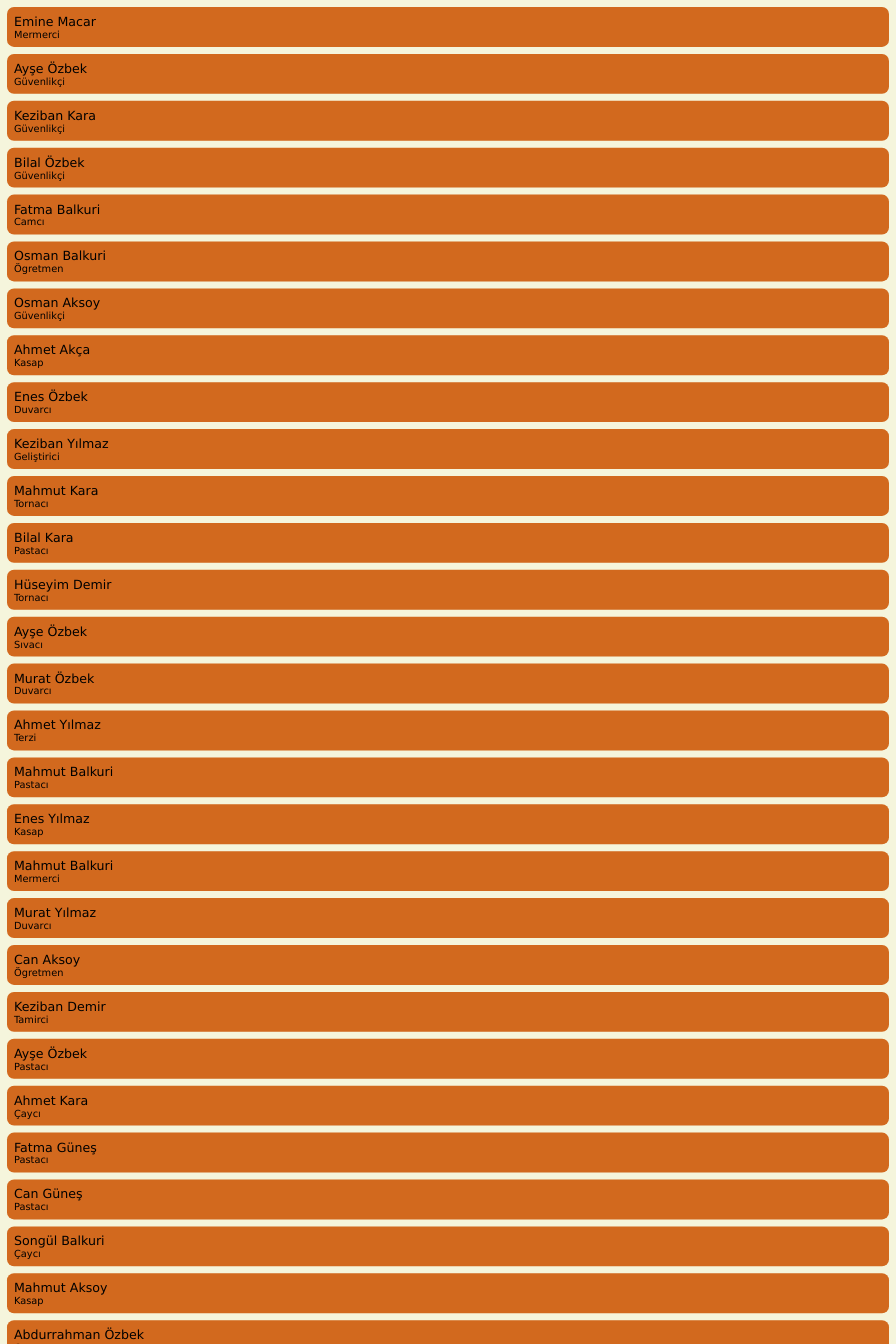
Repository: Sonvatan/S-f-rdan-geli-tirici-olmak-hafta-6
Page: İndex.html
An editor plug-in stored every save of this project. The page is shown before and after the next save, followed by the edit.
The browser window is 1280 px wide. The pictures show the part of the page from y = 0 to 1920 px (the page is 5226 px tall), at 70% of full size.

Above is the page before, as saved 2024-02-01 23:54:24.

### İndex.html
<html>
    <head>
        <title>Week-6</title>
        <style>
            * {
                padding: 0;
                margin: 0;
            }

            html, body, #root {
                background-color: beige;
                height: 100%;
                width: 100%;
            }
            .person {
                background-color: chocolate;
                flex-direction: column;
                border-radius: 10px;
                display: flex;
                padding: 10px;
                margin: 10px;
            }
            .person > .title {
                font-family: Verdana, Geneva, Tahoma, sans-serif;
                font-size: 18px;
            }

            .person > .job {
                font-family: Verdana, Geneva, Tahoma, sans-serif;
                font-size: 14px;

            }
        </style>
    </head>
    <body>
        <div id = "root"></div>

       <script>
            const names = [
                "Ahmet",
                "Mehmet",
                "Murat",
                "Ayşe",
                "Fatma",
                "Keziban",
                "Songül",
                "Emine",
                "Musab",
                "Abdurrahman",
                "Can",
                "Mahmut",
                "Bilal",
                "Büşra",
                "Hüseyim",
                "Osman",
                "Enes",
            ];

            const surnames = [
                "Balkuri",
                "Kara",
                "Güneş",
                "Özbek",
                "Yılmaz",
                "Macar",
                "Yılmaz",
                "Akça",
                "Demir",
                "Aksoy",

            ];

            const jobs = [
                "Tamirci",
                "Tornacı",
                "Çaycı",
                "Polis",
                "Ögretmen",
                "Camcı",
                "Güvenlikçi",
                "Pastacı",
                "Geliştirici",
                "Sıvacı",
                "Duvarcı",
                "Terzi",
                "Mermerci",
                "Kasap",

           ];



            const randomName = () => {
                return names[Math.floor(Math.random() * names.length)];

            };

            const randomSurname = () => {
                return surnames[Math.floor(Math.random() * surnames.length)];

            };

            const randomFullName = () => {
                const name = randomName();
                const surname = randomSurname();

                return ` ${name} ${surname}`;

            };
            const randomJob = () => {
                return jobs[Math.floor(Math.random() * jobs.length)];
            };

             let data = [];
            for(let i = 0; i < 78; i++) {
                data.push({
                    title:randomFullName(),
                    job: randomJob(),
                    id: i
                });
            }
            const containerDiv = document.getElementById("root");
            data.forEach((item,index) => {
                containerDiv.innerHTML += `<div id="${item.id}" class="person person-${index}">
                    <span class="title">${item.title}</span>
                    <span class= "job">${item.job}</span>

                </div>`;

            });

       </script>
    </body>
</html>

After the next save:
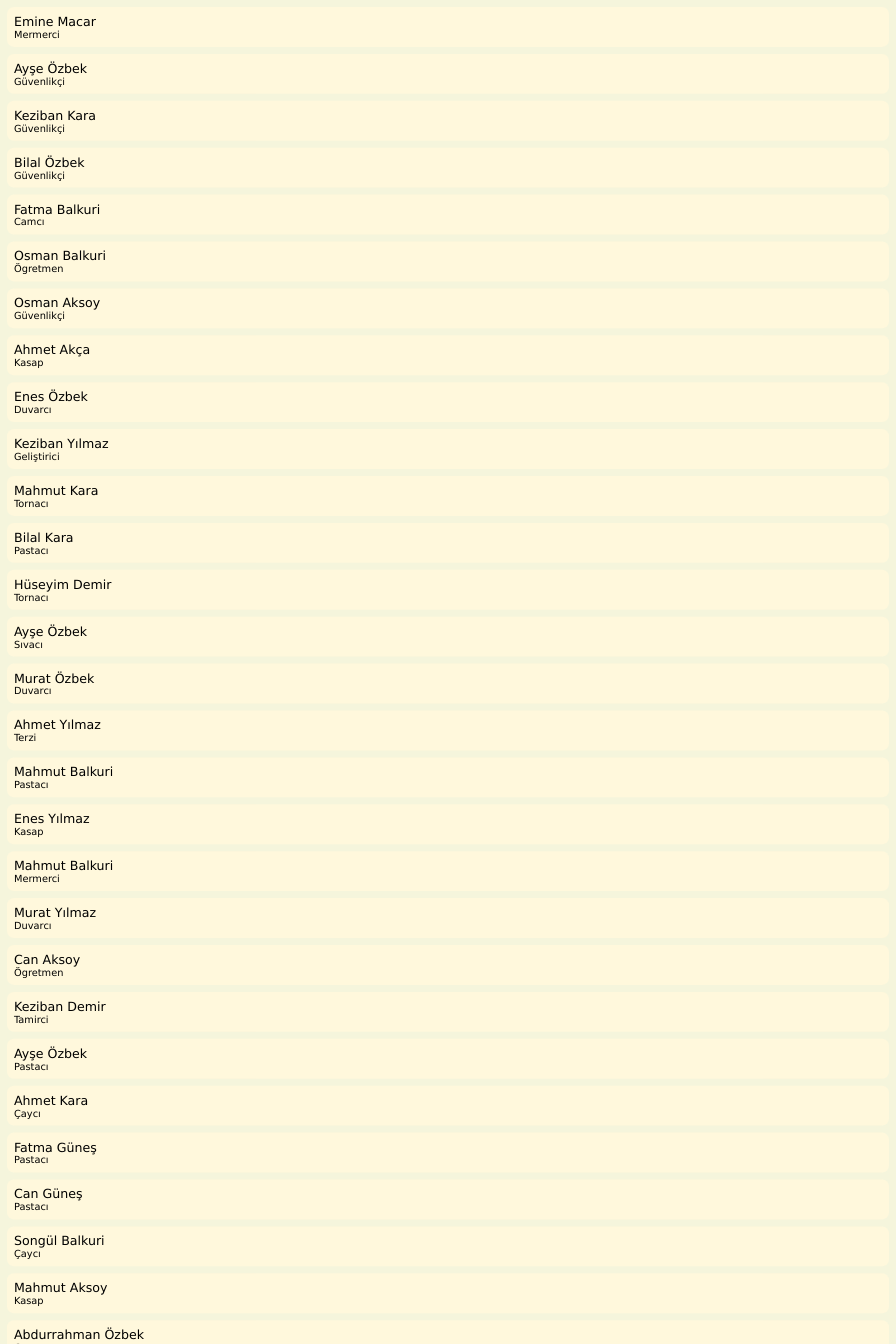
Saved 45 s later.
--- a/İndex.html
+++ b/İndex.html
@@ -13,7 +13,7 @@
                 width: 100%;
             }
             .person {
-                background-color: chocolate;
+                background-color: cornsilk;
                 flex-direction: column;
                 border-radius: 10px;
                 display: flex;
